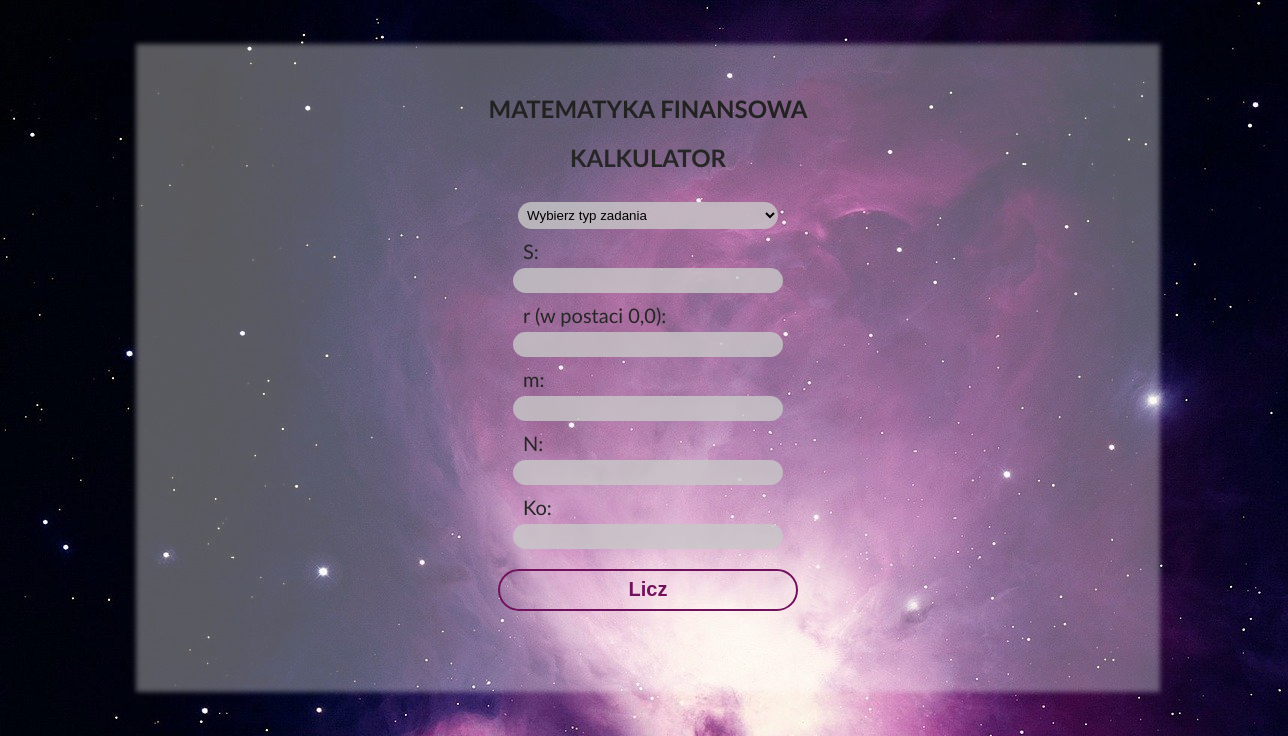
Repository: ravkita/MFCalc
Page: index.html
The author's editor kept a copy of each file at every save. The page is drawn from the files as they stood at one save, then again after the next save.
The browser window is 1280 px wide. The page is 1288 px wide, so the pictures cover 1288 px, including what lies to the right of the window. The pictures show the whole page.

Above is the page before, as saved 2021-04-12 19:51:55.

After the next save:
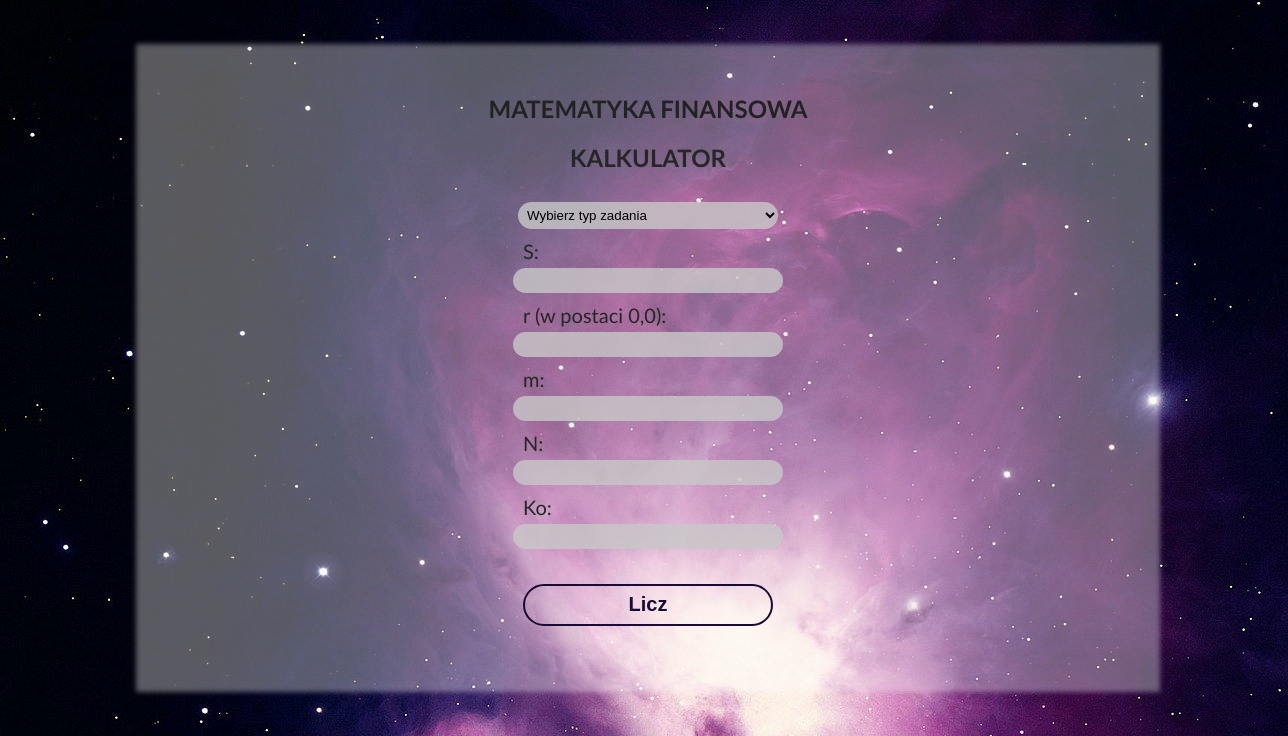
Saved 94 s later.
--- a/index.html
+++ b/index.html
@@ -77,15 +77,20 @@
             font-size: 20px;
         }
         input[type="button"]{
-            margin-top: 20px;
+            margin-top: 35px;
             background: transparent;
-            width: 300px;
-            border: solid 2px #71105D;
-            color: #71105D;
+            width: 250px;
+            border: solid 2px #1A0B34;
+            color: #1A0B34;
             border-radius: 30px;
             font-size: 20px;;
             padding: 7.5px 0;
             font-weight: 600;
+            transition: all .3s ease-in;
+        }
+        input[type="button"]:hover{
+            background: #1A0B34;
+            color: #fff;
         }
     </style>
 </head>
